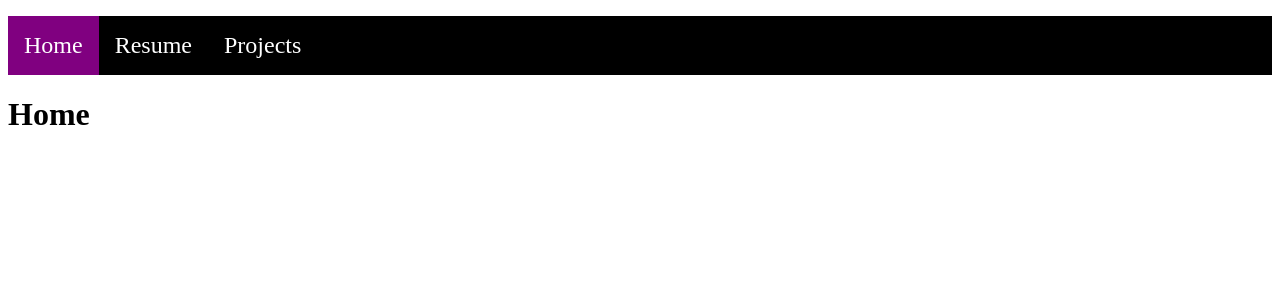
Repository: Artlepop/Artlepop.github.io
Page: project3.html
The author's editor kept a record of every edit. The page is drawn from the files as they stood at one moment, then again after the next edit.
The browser window is 1280 px wide. The pictures show the whole page.

Above is the page before.

### project3.html
<!DOCTYPE html>
<html>
  <head>
  <title>Home</title>
  <link rel="stylesheet" type="text/css" href="style.css">
  </head>
  <body>
    <ul class="navbar">
      <li class = "active"><a href="index.html">Home</a></li>
      <li><a href="resume.html">Resume</a></li>
      <li class = "dropdown">
        <div>Projects</div>
        <ul class="dropdown-content">
          <li><a href="#">Project 1</a></li>
          <li><a href="#">Project 2</a></li>
          <li  class = "active"><a href="#">Project 3</a></li>
        </ul>
      </li>
    </ul>
    <h1>Home</h1>
  </body>
</html>

### style.css
    .navbar{
      list-style: none;
      background-color: black;
      overflow: hidden;
      padding: 0;
    }

    .navbar a, .dropdown div{
      text-decoration: none;
      color: white;
      font-size: 24px;
      padding: 16px;
      display: inline-block;
    }

    .navbar li{
      float: left;
    }

    .navbar li:hover{
      background-color: purple;
    }

    a:Hover, div:Hover{
        color: black;
    }

    .dropdown-content{
      list-style: none;
      padding: 0;
      display: none;
      position: absolute;
      z-index: 1;
    }

    .dropdown-content li{
      float:none;
      background-color: purple;
    }

    .dropdown:hover .dropdown-content{
      display: block;
    }

    .active
    {
      background-color: purple;
    }

After the next edit:
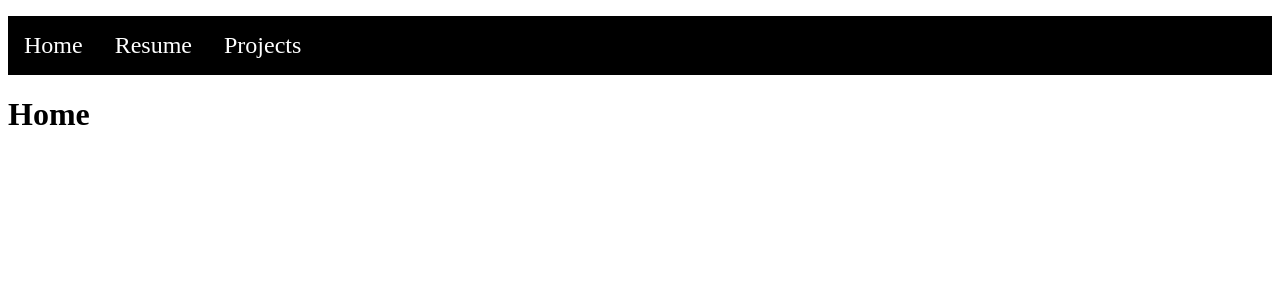
The edit:
--- a/project3.html
+++ b/project3.html
@@ -6,7 +6,7 @@
   </head>
   <body>
     <ul class="navbar">
-      <li class = "active"><a href="index.html">Home</a></li>
+      <li><a href="index.html">Home</a></li>
       <li><a href="resume.html">Resume</a></li>
       <li class = "dropdown">
         <div>Projects</div>
